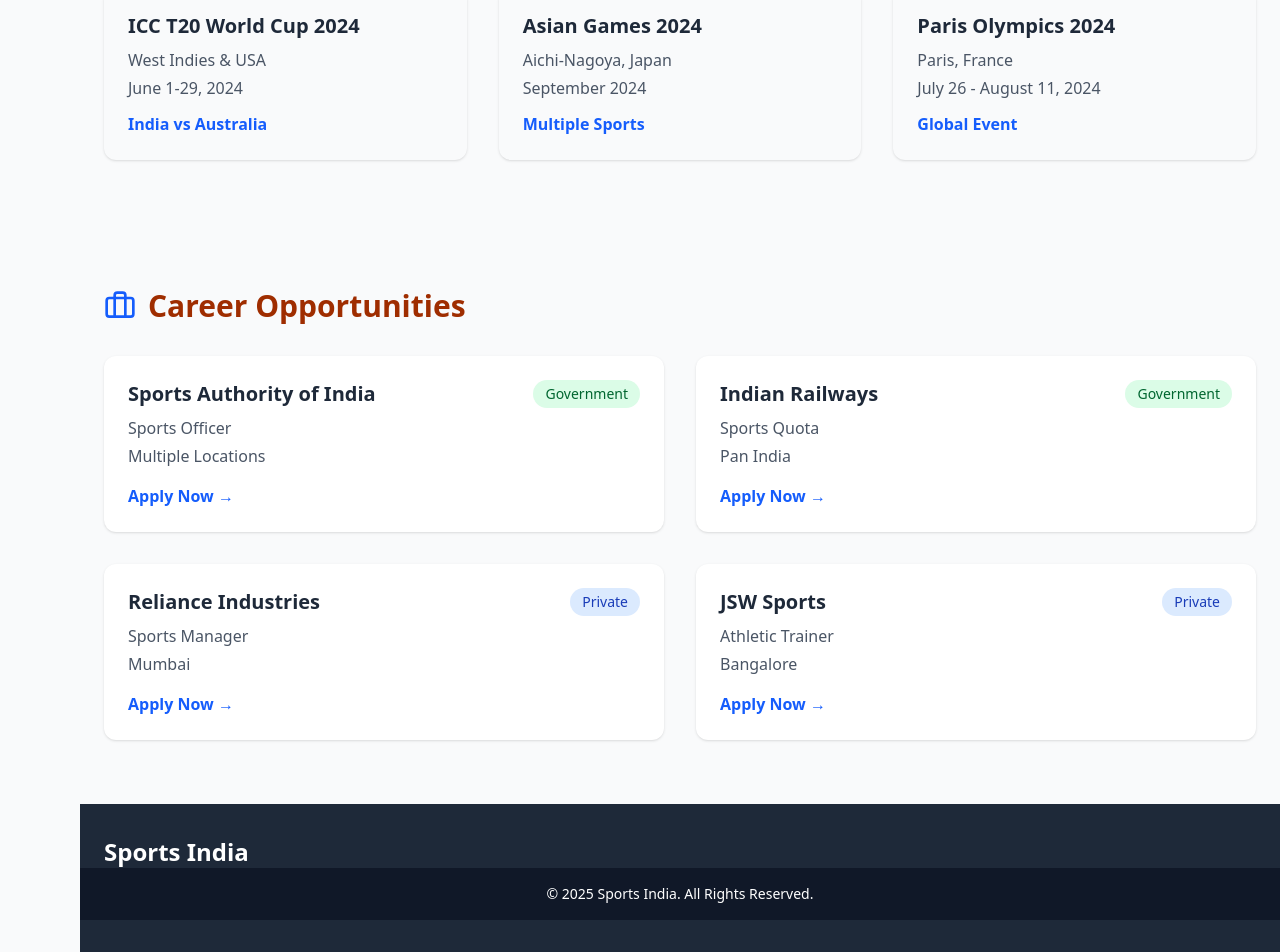
Repository: Shovon0004/Athlete
Page: / (app in Athlete/)
The author's editor kept a copy of each file at every save. The page is drawn from the files as they stood at one save, then again after the next save.
The browser window is 1280 px wide. The pictures show the part of the page from y = 744 to 1696 px (the page is 1696 px tall before and 1664 px after).
The project was rebuilt for these pictures with package versions that can differ from the ones it lists, and the page was loaded fresh each time. Also part of the build but not shown: Athlete/vite.config.js.

Above is the page before, as saved 2025-01-26 11:26:17.

### Athlete/src/App.jsx
import { useState } from 'react'
import SideNavbar from './components/SideNavbar'
import HeroPage from './components/HeroPage'

import './App.css'

function App() {


  return (
    <>
      <SideNavbar />
      <HeroPage />
    </>
  )
}

export default App

### Athlete/src/components/SideNavbar.jsx
import React, { useState } from 'react';
import {
  Home,
  User,
  BarChart2,
  Shield,
  DollarSign,
  Menu
} from 'lucide-react';

const SideNavbar = () => {
  const [isExpanded, setIsExpanded] = useState(false);

  const navItems = [
    { icon: Home, label: 'Dashboard', href: '/' },
    { icon: User, label: 'Athletes', href: '/athletes' },
    { icon: BarChart2, label: 'Performance', href: '/performance' },
    { icon: Shield, label: 'Injuries', href: '/injuries' },
    { icon: DollarSign, label: 'Financial', href: '/financial' }
  ];

  return (
    <div
      className={`h-screen bg-gray-900 text-white transition-all duration-300
        ${isExpanded ? 'w-64' : 'w-20'} fixed left-0 top-0 z-50`}
    >
      <div className="flex flex-col h-full">
        {/* Logo & Toggle */}
        <div className="flex items-center justify-between p-4  border-orange-700">
          {isExpanded && (
            <div className="text-xl font-bold">Athlete Hub</div>
          )}
          <button
            onClick={() => setIsExpanded(!isExpanded)}
            className="hover:bg-orange-700 p-2 rounded"
          >
            <Menu />
          </button>
        </div>

        {/* Navigation Items */}
        <nav className="flex-grow mt-4">
          <ul className="space-y-2">
            {navItems.map((item, index) => (
              <li key={index}>
                <a
                  href={item.href}
                  className={`flex items-center p-3 hover:bg-orange-700
                    ${isExpanded ? 'justify-start px-6' : 'justify-center'}`}
                >
                  <item.icon className="mr-4" />
                  {isExpanded && <span>{item.label}</span>}
                </a>
              </li>
            ))}
          </ul>
        </nav>
      </div>
    </div>
  );
};

export default SideNavbar;

### Athlete/src/components/HeroPage.jsx
import React from 'react';
import { ChevronLeft, ChevronRight, Medal, Calendar, Briefcase } from 'lucide-react';

const schemes = [
  {
    title: "Khelo India Youth Games",
    description: "Supporting young athletes with annual scholarships of ₹5 lakhs",
    image: "https://images.unsplash.com/photo-1461896836934-ffe607ba8211?auto=format&fit=crop&q=80&w=2070"
  },
  {
    title: "Target Olympic Podium Scheme (TOPS)",
    description: "Elite athlete support program for Olympic preparation",
    image: "https://www.manoramayearbook.in/content/dam/yearbook/learn/world/images/2020/mar/Olympics-2021.jpg"
  },
  {
    title: "National Sports Development Fund",
    description: "Financial assistance for sports infrastructure and training",
    image: "https://images.unsplash.com/photo-1517649763962-0c623066013b?auto=format&fit=crop&q=80&w=2070"
  }
];

const upcomingMatches = [
  {
    event: "ICC T20 World Cup 2024",
    location: "West Indies & USA",
    date: "June 1-29, 2024",
    teams: "India vs Australia"
  },
  {
    event: "Asian Games 2024",
    location: "Aichi-Nagoya, Japan",
    date: "September 2024",
    teams: "Multiple Sports"
  },
  {
    event: "Paris Olympics 2024",
    location: "Paris, France",
    date: "July 26 - August 11, 2024",
    teams: "Global Event"
  }
];

const jobOpportunities = [
  {
    company: "Sports Authority of India",
    position: "Sports Officer",
    type: "Government",
    location: "Multiple Locations"
  },
  {
    company: "Indian Railways",
    position: "Sports Quota",
    type: "Government",
    location: "Pan India"
  },
  {
    company: "Reliance Industries",
    position: "Sports Manager",
    type: "Private",
    location: "Mumbai"
  },
  {
    company: "JSW Sports",
    position: "Athletic Trainer",
    type: "Private",
    location: "Bangalore"
  }
];

function HeroPage() {
  const [currentScheme, setCurrentScheme] = React.useState(0);

  const nextScheme = () => {
    setCurrentScheme((prev) => (prev + 1) % schemes.length);
  };

  const prevScheme = () => {
    setCurrentScheme((prev) => (prev - 1 + schemes.length) % schemes.length);
  };

  return (
    <div className="min-h-screen bg-gray-50 pl-20 dark:bg-gray-900">
      {/* Hero Section with Schemes Slider */}
      <div className="relative h-[600px] overflow-hidden">
        <div
          className="absolute inset-0 transition-transform duration-500 ease-in-out"
          style={{
            backgroundImage: `url(${schemes[currentScheme].image})`,
            backgroundSize: 'cover',
            backgroundPosition: 'center',
          }}
        >
          <div className="absolute inset-0  bg-opacity-50">
            <div className="container mx-auto px-6 h-full flex items-center">
              <div className="text-white max-w-3xl">
                <h1 className="text-5xl font-bold mb-4">{schemes[currentScheme].title}</h1>
                <p className="text-xl mb-8">{schemes[currentScheme].description}</p>
                <button className="bg-orange-700 hover:bg-orange-800 text-white px-8 py-3 rounded-lg font-semibold">
                  Learn More
                </button>
              </div>
            </div>
          </div>
        </div>
        <button
          onClick={prevScheme}
          className="absolute left-4 top-1/2 -translate-y-1/2 bg-white/30 p-2 rounded-full hover:bg-white/50 transition-colors"
        >
          <ChevronLeft className="w-6 h-6 text-white" />
        </button>
        <button
          onClick={nextScheme}
          className="absolute right-4 top-1/2 -translate-y-1/2 bg-white/30 p-2 rounded-full hover:bg-white/50 transition-colors"
        >
          <ChevronRight className="w-6 h-6 text-white" />
        </button>
      </div>

      {/* Upcoming Matches Section */}
      <section className="py-16 ">
        <div className="container mx-auto px-6">
          <div className="flex items-center mb-8">
            <Calendar className="w-8 h-8 text-blue-600 mr-3" />
            <h2 className="text-3xl font-bold text-orange-800">Upcoming Matches</h2>
          </div>
          <div className="grid md:grid-cols-3 gap-8">
            {upcomingMatches.map((match, index) => (
              <div key={index} className="bg-gray-50 rounded-xl p-6 shadow-sm hover:shadow-md transition-shadow">
                <h3 className="text-xl font-semibold text-gray-800 mb-2">{match.event}</h3>
                <p className="text-gray-600 mb-1">{match.location}</p>
                <p className="text-gray-600 mb-3">{match.date}</p>
                <p className="text-blue-600 font-semibold">{match.teams}</p>
              </div>
            ))}
          </div>
        </div>
      </section>

      {/* Career Opportunities Section */}
      <section className="py-16 bg-gray-50 dark:bg-gray-900">
        <div className="container mx-auto px-6 ">
          <div className="flex items-center mb-8 ">
            <Briefcase className="w-8 h-8 text-blue-600 mr-3" />
            <h2 className="text-3xl font-bold text-orange-800">Career Opportunities</h2>
          </div>
          <div className="grid md:grid-cols-2 gap-8 ">
            {jobOpportunities.map((job, index) => (
              <div key={index} className="bg-white rounded-xl p-6 shadow-sm hover:shadow-md transition-shadow">
                <div className="flex justify-between items-start">
                  <div>
                    <h3 className="text-xl font-semibold text-gray-800 mb-2">{job.company}</h3>
                    <p className="text-gray-600 mb-1">{job.position}</p>
                    <p className="text-gray-600">{job.location}</p>
                  </div>
                  <span className={`px-3 py-1 rounded-full text-sm font-medium ${
                    job.type === 'Government' ? 'bg-green-100 text-green-800' : 'bg-blue-100 text-blue-800'
                  }`}>
                    {job.type}
                  </span>
                </div>
                <button className="mt-4 text-blue-600 font-semibold hover:text-blue-700">
                  Apply Now →
                </button>
              </div>
            ))}
          </div>
        </div>
      </section>
      <footer className="bg-gray-800 text-white py-8">
      <div className="container mx-auto px-6 flex flex-col md:flex-row justify-between items-center">
        {/* Logo and Branding */}
        <div className="mb-6 md:mb-0">
          <h1 className="text-2xl font-bold">Sports India</h1>
        </div>




      </div>

      {/* Footer Bottom */}
      <div className="bg-gray-900 text-center py-4">
        <p className="text-sm">© 2025 Sports India. All Rights Reserved.</p>
      </div>
    </footer>
    </div>
  );
}

export default HeroPage;

Loaded but not shown: Athlete/index.html (common file); Athlete/src/main.jsx (common file); Athlete/src/index.css (common file); Athlete/src/App.css (common file)

After the next save:
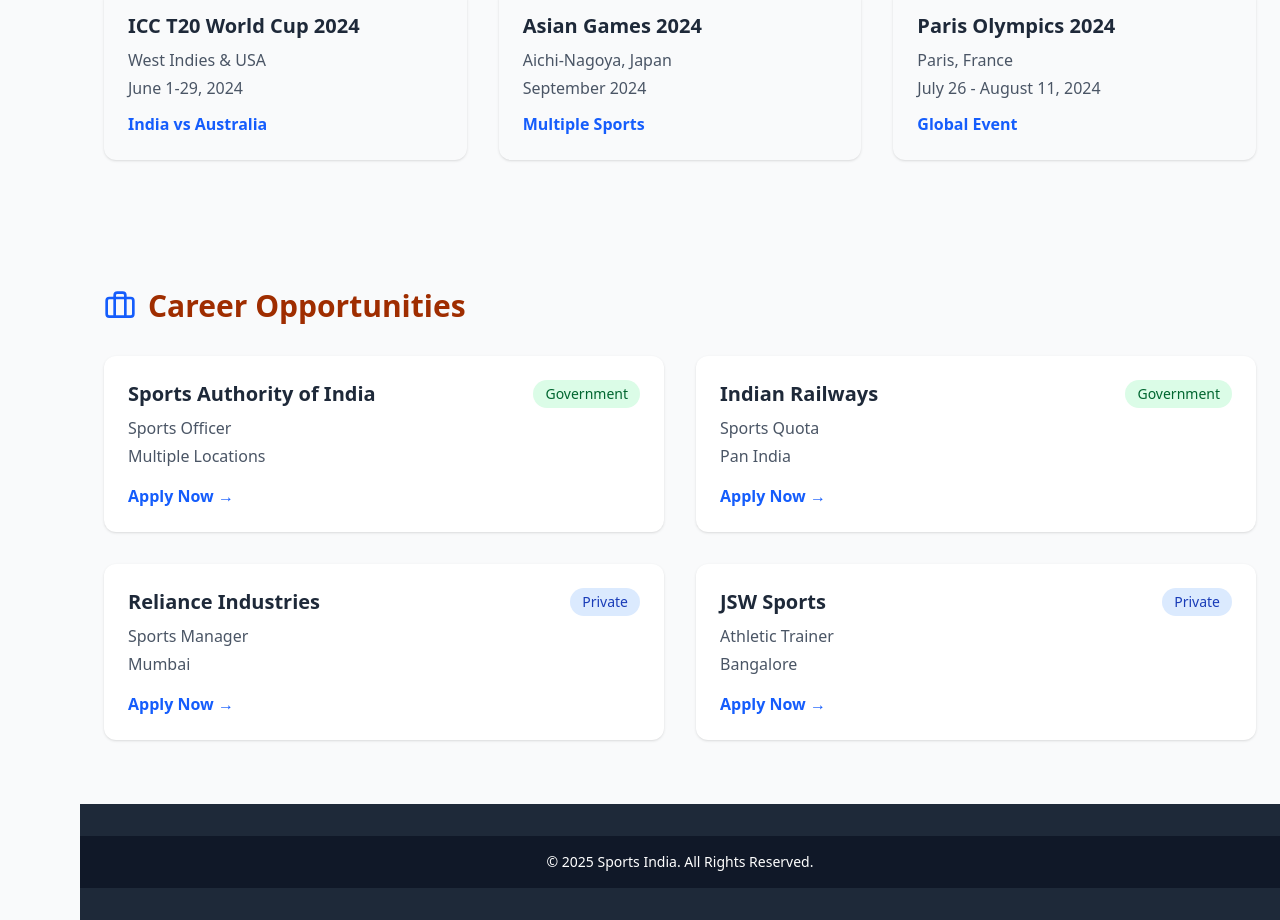
Saved 8 s later.
--- a/Athlete/src/components/HeroPage.jsx
+++ b/Athlete/src/components/HeroPage.jsx
@@ -167,16 +167,7 @@
         </div>
       </section>
       <footer className="bg-gray-800 text-white py-8">
-      <div className="container mx-auto px-6 flex flex-col md:flex-row justify-between items-center">
-        {/* Logo and Branding */}
-        <div className="mb-6 md:mb-0">
-          <h1 className="text-2xl font-bold">Sports India</h1>
-        </div>
 
-
-
-
-      </div>
 
       {/* Footer Bottom */}
       <div className="bg-gray-900 text-center py-4">
